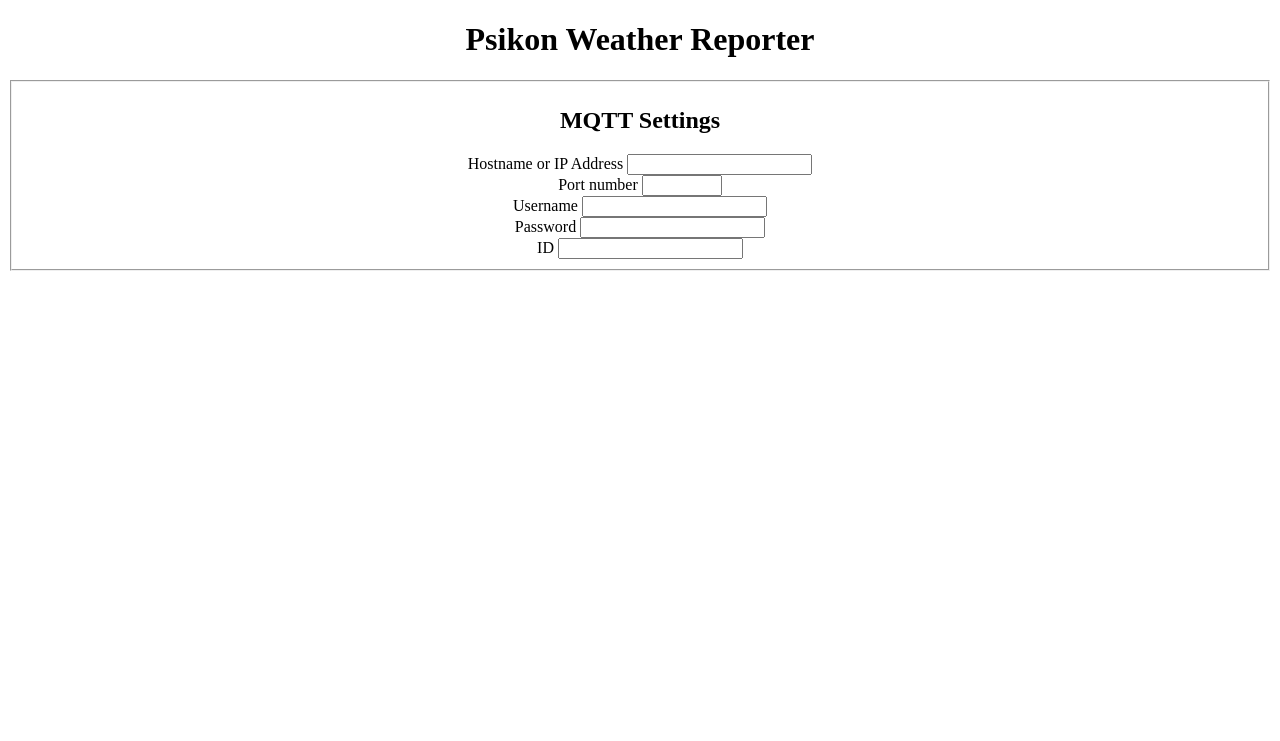
Repository: alex-dow/psikon-weather-station
Page: data/index.html
The author's editor kept a copy of each file at every save. The page is drawn from the files as they stood at one save, then again after the next save.
The browser window is 1280 px wide. The pictures show the whole page.

Above is the page before, as saved 2021-12-09 22:25:30.

After the next save:
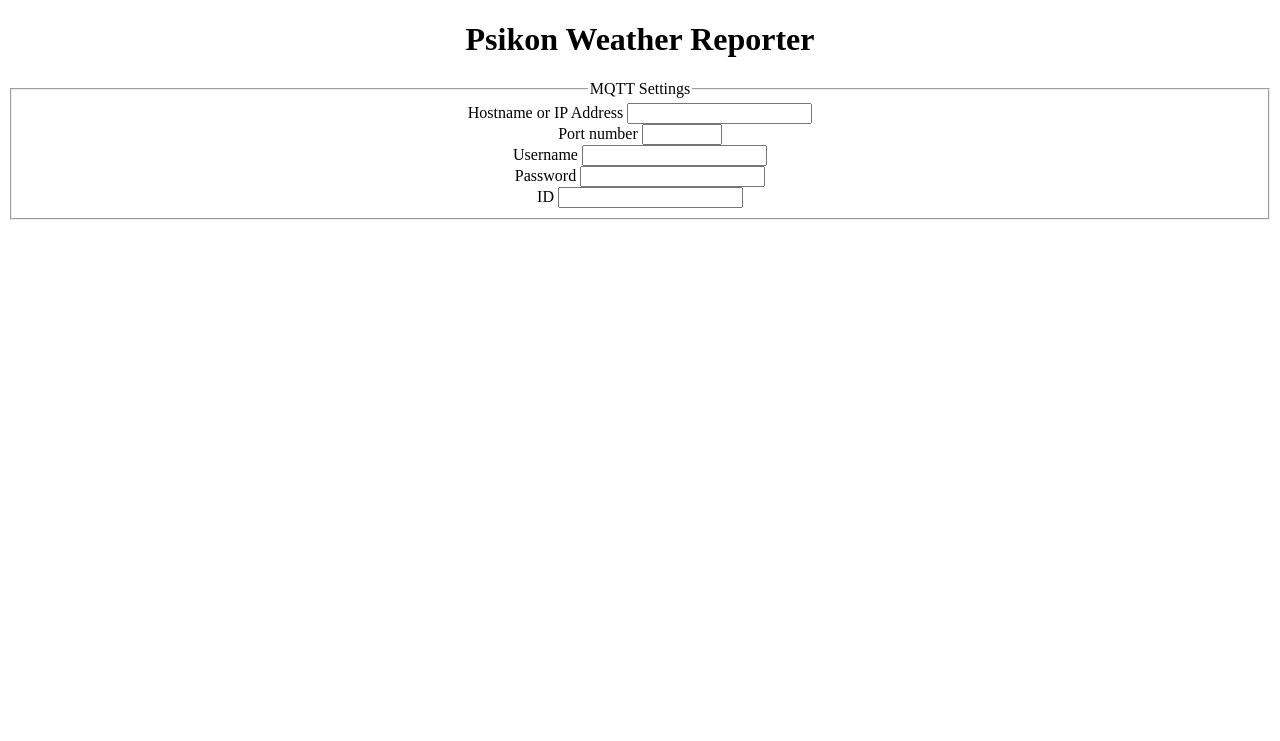
Saved 36 s later.
--- a/data/index.html
+++ b/data/index.html
@@ -18,18 +18,18 @@
   <h1>Psikon Weather Reporter</h1>
   <form>
     <fieldset>
-    <h2>MQTT Settings</h2>
+      <legend>MQTT Settings</legend>
 
-    <label for="mqtt_host">Hostname or IP Address</label>
-    <input id="mqtt_host"/><br/>
-    <label for="mqtt_port">Port number</label>
-    <input id="mqtt_port" type="number" min="0" max="65536"/><br/>
-    <label for="mqtt_username">Username</label>
-    <input id="mqtt_username"/><br/>
-    <label id="mqtt_password">Password</label>
-    <input id="mqtt_password"/><br/>
-    <label for="mqtt_id">ID</label>
-    <input id="mqtt_id" /><br/>
+      <label for="mqtt_host">Hostname or IP Address</label>
+      <input id="mqtt_host"/><br/>
+      <label for="mqtt_port">Port number</label>
+      <input id="mqtt_port" type="number" min="0" max="65536"/><br/>
+      <label for="mqtt_username">Username</label>
+      <input id="mqtt_username"/><br/>
+      <label id="mqtt_password">Password</label>
+      <input id="mqtt_password"/><br/>
+      <label for="mqtt_id">ID</label>
+      <input id="mqtt_id" /><br/>
     </fieldset>
   </form>
 </body>
